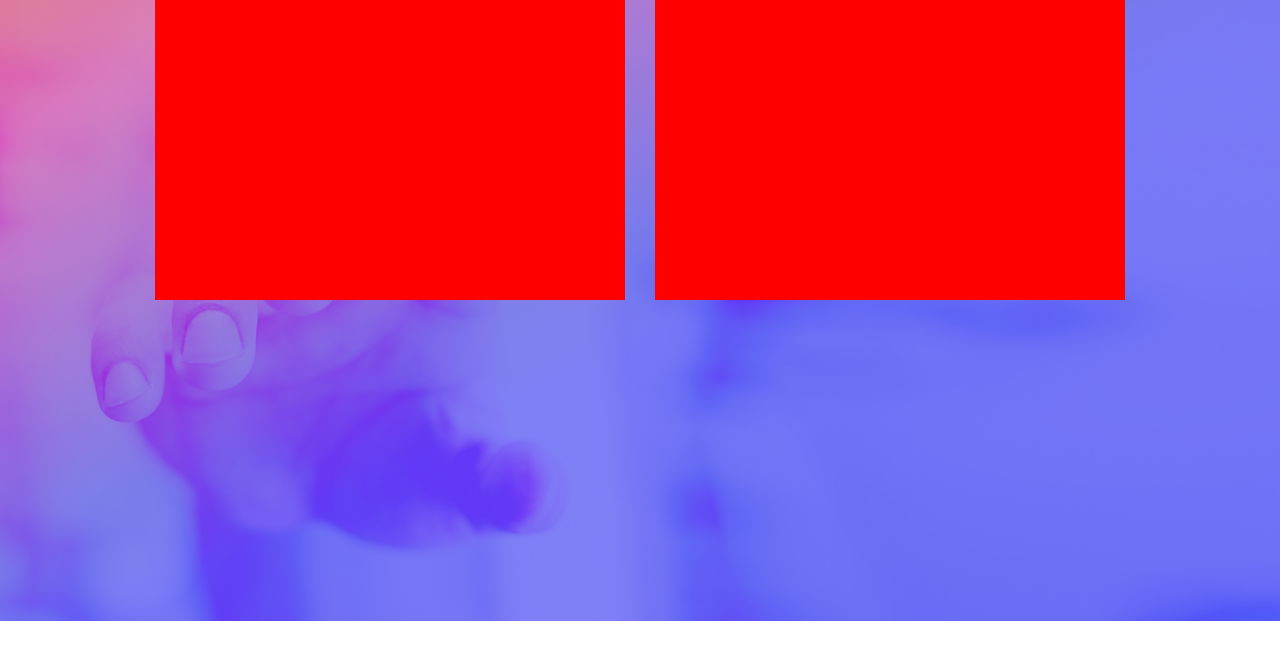
Repository: pixendrit/beetroot-fe-g1
Page: classwork/11 - Creating forms/class/index.html
These files come from the project's save history. The page is drawn as it stood at one moment and after the next save; the edit follows.
The browser window is 1280 px wide. The pictures show the whole page.

Above is the page before, as saved 2021-02-06 09:32:15.

### classwork/11 - Creating forms/class/index.html
<!DOCTYPE html>
<html lang="en">

<head>
  <meta charset="UTF-8">
  <meta http-equiv="X-UA-Compatible" content="IE=edge">
  <meta name="viewport" content="width=device-width, initial-scale=1.0">
  <link rel="preconnect" href="https://fonts.gstatic.com">
  <link href="https://fonts.googleapis.com/css2?family=Open+Sans:ital,wght@0,400;0,700;1,400&display=swap" rel="stylesheet">
  <link rel="stylesheet" href="./styles/style.css">
  <title>Html Forms</title>
</head>

<body>
  <div class="form-container">
    <form action="#" class="contact-form">
      <div class="contact-form__header">
        <h1 class="contact-form__title"></h1>
        <p class="contact-form__text"></p>
      </div>
      <div class="contact-form__body">
        <div class="flex-container">
          <div class="column-half"></div>
          <div class="column-half"></div>
        </div>
      </div>
      <div class="contact-form__footer"></div>
    </form>
  </div>

</body>

</html>

### classwork/11 - Creating forms/class/styles/style.css
/* http://meyerweb.com/eric/tools/css/reset/
   v2.0 | 20110126
   License: none (public domain)
*/

html, body, div, span, applet, object, iframe,
h1, h2, h3, h4, h5, h6, p, blockquote, pre,
a, abbr, acronym, address, big, cite, code,
del, dfn, em, img, ins, kbd, q, s, samp,
small, strike, strong, sub, sup, tt, var,
b, u, i, center,
dl, dt, dd, ol, ul, li,
fieldset, form, label, legend,
table, caption, tbody, tfoot, thead, tr, th, td,
article, aside, canvas, details, embed,
figure, figcaption, footer, header, hgroup,
menu, nav, output, ruby, section, summary,
time, mark, audio, video {
	margin: 0;
	padding: 0;
	border: 0;
	font-size: 100%;
	font: inherit;
	vertical-align: baseline;
}
/* HTML5 display-role reset for older browsers */
article, aside, details, figcaption, figure,
footer, header, hgroup, menu, nav, section {
	display: block;
}
body {
	line-height: 1;
}
ol, ul {
	list-style: none;
}
blockquote, q {
	quotes: none;
}
blockquote:before, blockquote:after,
q:before, q:after {
	content: '';
	content: none;
}
table {
	border-collapse: collapse;
	border-spacing: 0;
}
*,*:before,*:after {
  box-sizing: border-box;
}
/* ============================================ */
body {
  background: url('../images/background.png') no-repeat;
  background-size: cover;
}
.form-container {
  width: 100%;
  max-width: 970px;
  margin:0 auto;
}
.flex-container {
  float: left;
  width: 100%;
  display: flex;
  justify-content: space-between;
  align-items: flex-start;
}

.column-half {
  width: calc(50% - 15px);
  height: 300px;
  background: red;
}

After the next save:
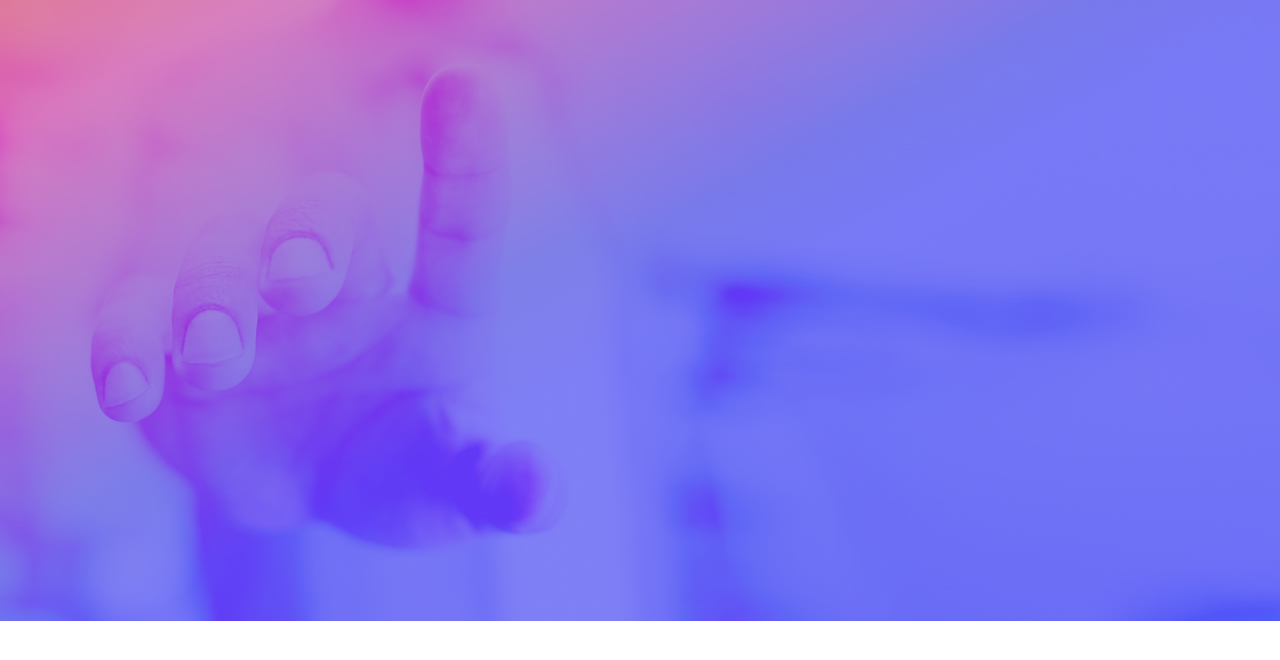
Saved 12 s later.
--- a/classwork/11 - Creating forms/class/styles/style.css
+++ b/classwork/11 - Creating forms/class/styles/style.css
@@ -69,6 +69,4 @@
 
 .column-half {
   width: calc(50% - 15px);
-  height: 300px;
-  background: red;
 }
